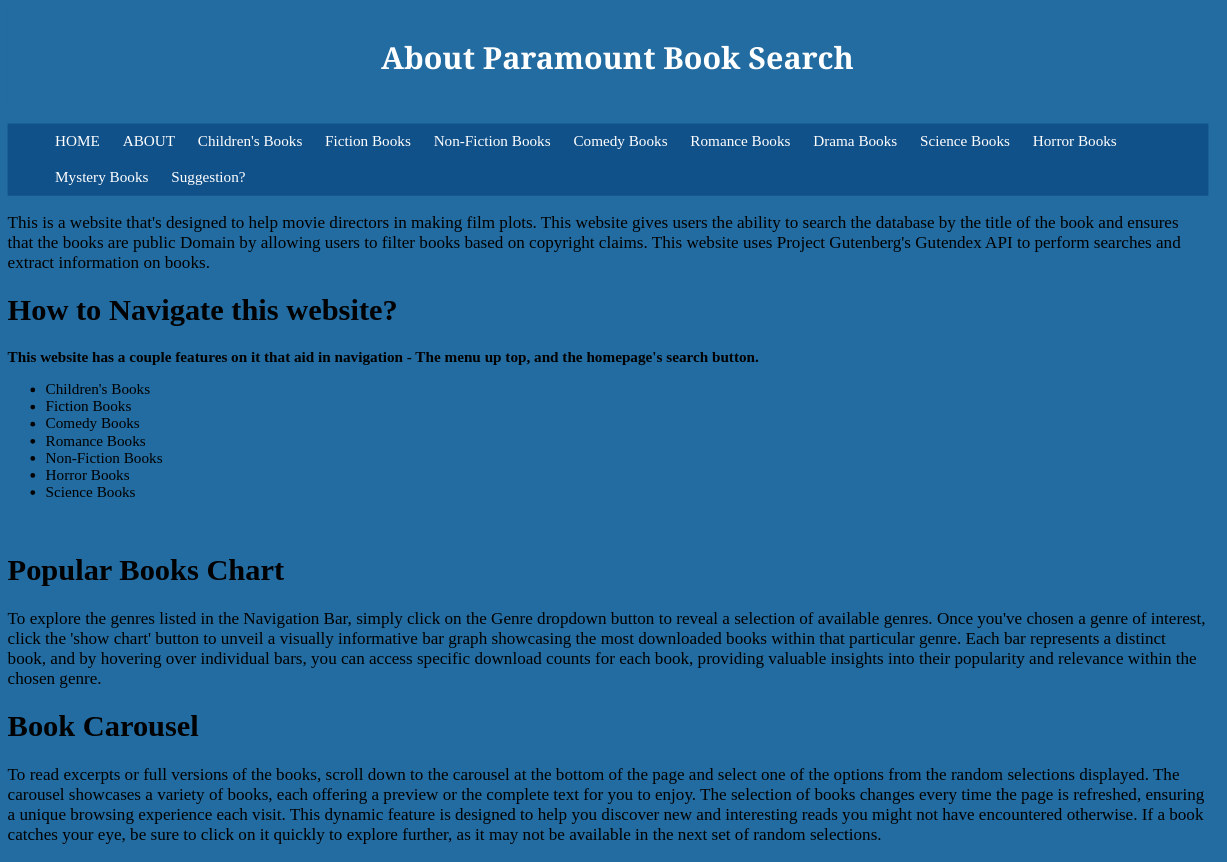
Repository: ChiaEE/INST377---Group-13
Page: About_page.html
An editor plug-in stored every save of this project. The page is shown before and after the next save, followed by the edit.
The browser window is 1280 px wide. The page is 1292 px wide, so the pictures cover 1292 px, including what lies to the right of the window. The pictures show the whole page, at 95% of full size.

Above is the page before, as saved 2024-05-19 22:18:45.

After the next save:
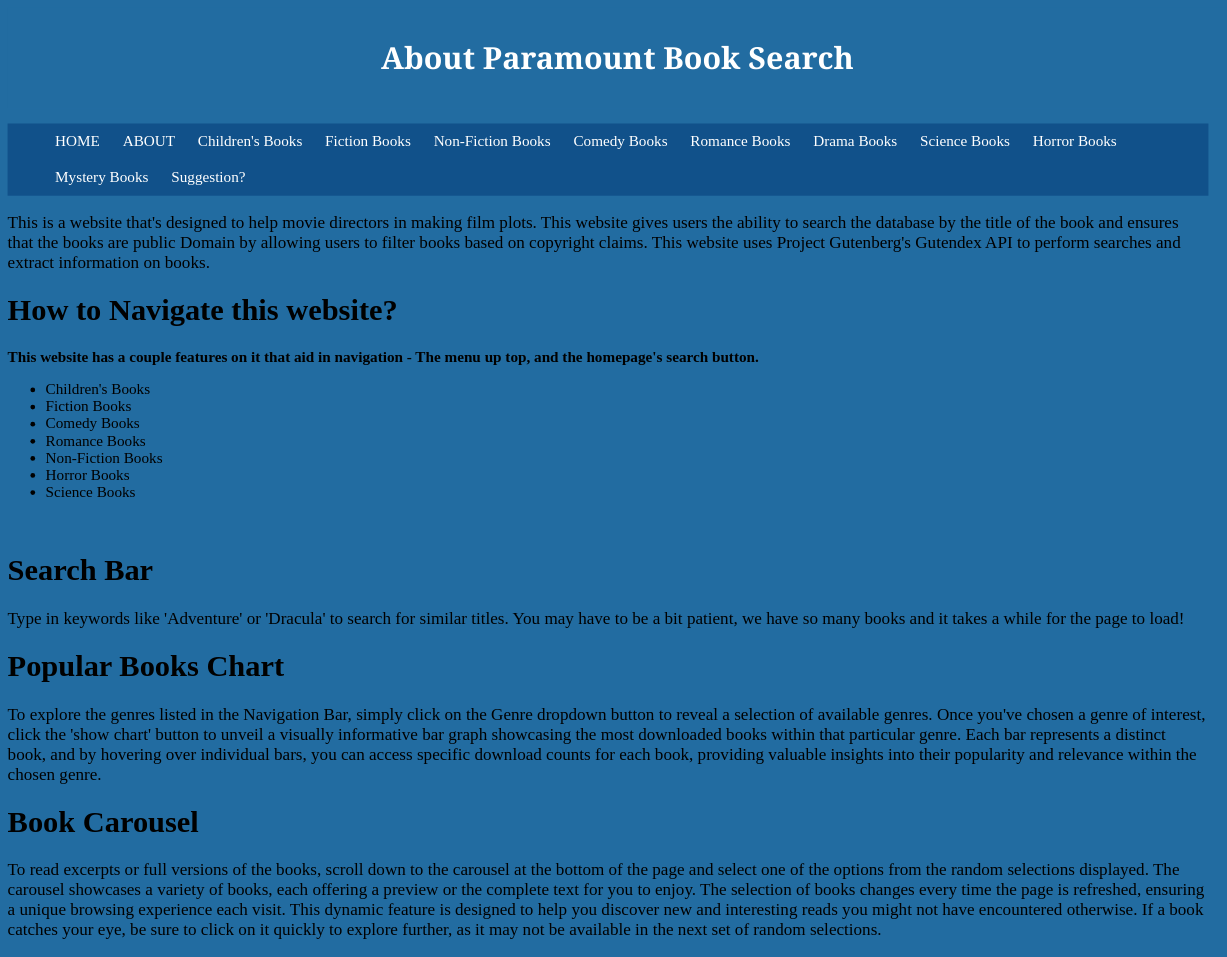
Saved 2 min 34 s later.
--- a/About_page.html
+++ b/About_page.html
@@ -50,6 +50,12 @@
 
         <br>
 
+        <h1> Search Bar </h1>
+
+        <p style="font-size:large;"> Type in keywords like 'Adventure' or 'Dracula' to search for similar titles. You may have to be a bit patient,
+            we have so many books and it takes a while for the page to load!
+        </p>
+
         <h1> Popular Books Chart </h1>
 
         <p style="font-size:large;"> To explore the genres listed in the Navigation Bar, simply click on the Genre dropdown button to reveal
